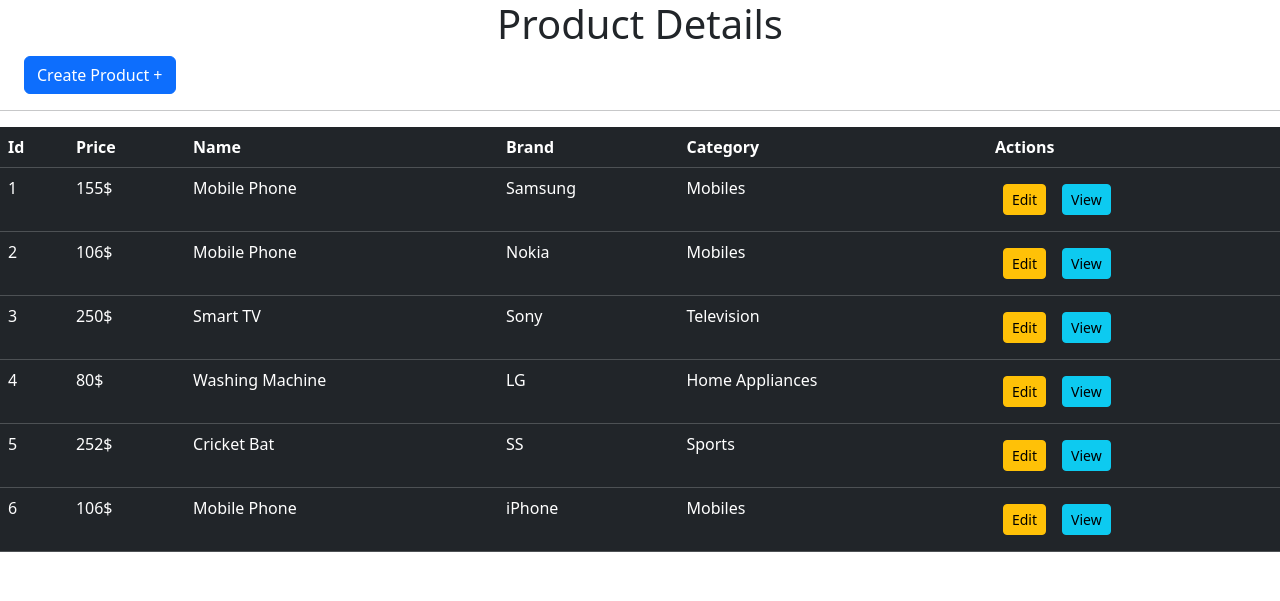
Repository: SriChakraTeja/json-crud
Page: /
The author's editor kept a copy of each file at every save. The page is drawn from the files as they stood at one save, then again after the next save.
The browser window is 1280 px wide. The pictures show the whole page.
The project was rebuilt for these pictures with package versions that can differ from the ones it lists, and the page was loaded fresh each time. Requests to the local data server were answered from the project's data file. Also part of the build but not shown: src/components/ProductDetails.js.

Above is the page before, as saved 2023-12-23 14:02:01.

### src/index.js
import React from 'react';
import ReactDOM from 'react-dom/client';
import './index.css';
import App from './App';
import reportWebVitals from './reportWebVitals';
import { BrowserRouter as Router } from 'react-router-dom';
import '../node_modules/bootstrap/dist/css/bootstrap.min.css'

const root = ReactDOM.createRoot(document.getElementById('root'));
root.render(
  <React.StrictMode>
    <Router>
      <App />
    </Router>
  </React.StrictMode>
);

// If you want to start measuring performance in your app, pass a function
// to log results (for example: reportWebVitals(console.log))
// or send to an analytics endpoint. Learn more: https://bit.ly/CRA-vitals
reportWebVitals();

### src/App.js
import React from 'react'
import { Routes,Route } from 'react-router-dom'
import Home from './components/Home'
import ProductDetails from './components/ProductDetails'

const App = () => {
  return (
    <main>
      <Routes>
        <Route path="/" element = {<Home/>}/>
        <Route path='/products/:id' element= {<ProductDetails />} />
      </Routes>
    </main>
  )
}

export default App

### src/components/Home.js
import React, { useEffect } from 'react'
import { useState } from 'react'

const Home = () => {
    const [products, setProducts] = useState([])
    const url = 'http://localhost:3100/products'
    useEffect(()=> {
        fetch(url).then(response=>response.json())
        .then(data=>setProducts(data))
    })
    return (
        <section>
            <h1 className='text-center'>
                Product Details
            </h1>
            <button className='btn btn-primary btn-md mx-4'>Create Product +</button>
            <hr/>
            <table className='table table-dark'>
                <thead>
                    <tr>
                        <th>Id</th>
                        <th>Price</th>
                        <th>Name</th>
                        <th>Brand</th>
                        <th>Category</th>
                        <th>Actions</th>
                    </tr>
                </thead>
                <tbody>
                    {
                        products.map((product) =>
                            <tr>
                                <td>{product.id}</td>
                                <td>{product.price}$</td>
                                <td>{product.name}</td>
                                <td>{product.brand}</td>
                                <td>{product.category}</td>
                                <td>
                                    <button className='btn btn-sm btn-warning m-2'>Edit</button>
                                    <button className='btn btn-sm btn-info m-2'>View</button>
                                </td>
                            </tr>
                        )
                    }
                </tbody>
            </table>
        </section>
    )
}

export default Home

### db.json
{
    "products" : [
        {
            "id" : 1,
            "price" : 155,
            "name" : "Mobile Phone",
            "brand" : "Samsung",
            "category" : "Mobiles"
        },
        {
            "id" : 2,
            "price" : 106,
            "name" : "Mobile Phone",
            "brand" : "Nokia",
            "category" : "Mobiles"
        },
        {
            "id" : 3,
            "price" : 250,
            "name" : "Smart TV",
            "brand" : "Sony",
            "category" : "Television"
        },
        {
            "id" : 4,
            "price" : 80,
            "name" : "Washing Machine",
            "brand" : "LG",
            "category" : "Home Appliances"
        },
        {
            "id" : 5,
            "price" : 252,
            "name" : "Cricket Bat",
            "brand" : "SS",
            "category" : "Sports"
        },
        {
            "id" : 6,
            "price" : 106,
            "name" : "Mobile Phone",
            "brand" : "iPhone",
            "category" : "Mobiles"
        }
    ]
}

Loaded but not shown: public/index.html (common file); src/index.css (common file); src/reportWebVitals.js (common file)

After the next save:
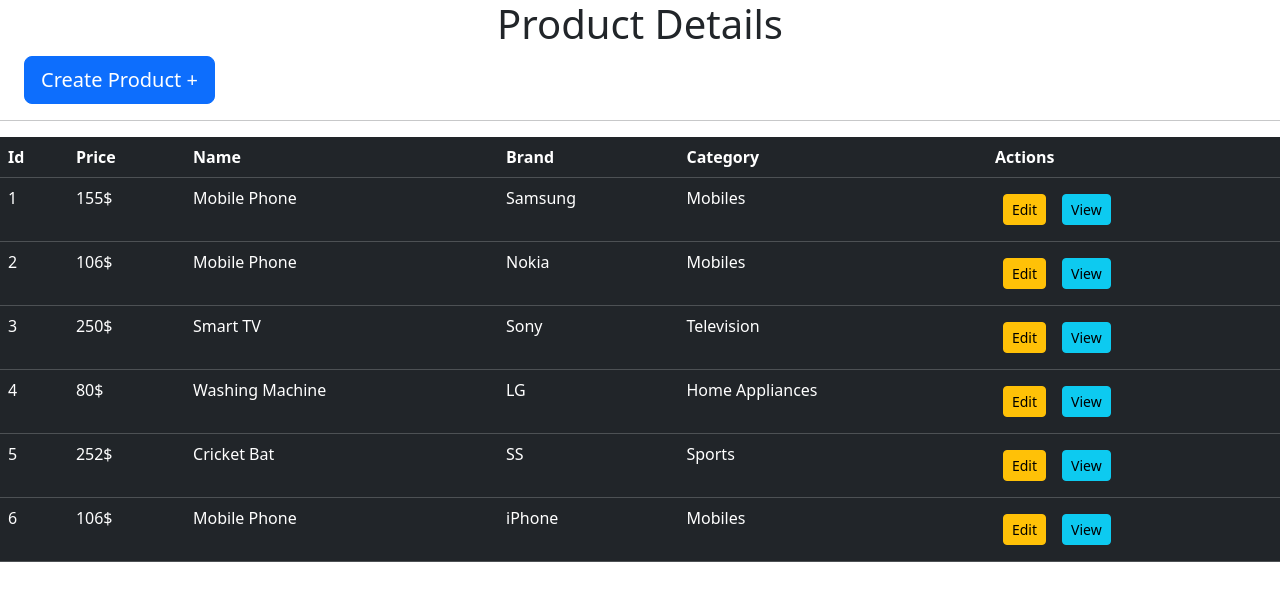
Saved 4 s later.
--- a/src/components/Home.js
+++ b/src/components/Home.js
@@ -13,7 +13,7 @@ const Home = () => {
             <h1 className='text-center'>
                 Product Details
             </h1>
-            <button className='btn btn-primary btn-md mx-4'>Create Product +</button>
+            <button className='btn btn-primary btn-lg mx-4'>Create Product +</button>
             <hr/>
             <table className='table table-dark'>
                 <thead>
